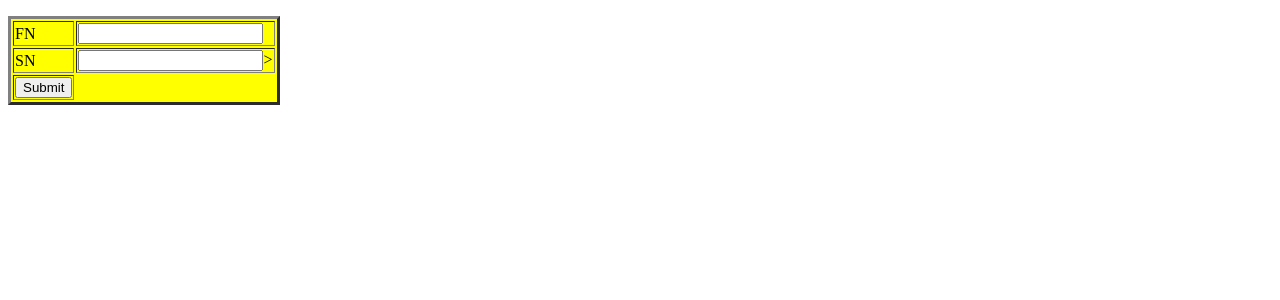
Repository: nadeem-fullstack-developer/jsp
Page: http://localhost/BRESTWebCL/home.jsp
These files come from the project's save history. The page is drawn as it stood at one moment and after the next save; the edit follows.
The browser window is 1280 px wide. The pictures show the whole page.
The page is served by Tomcat 9. Other server files are loaded and not shown.

Above is the page before, as saved 2024-06-16 05:30:52.

### BRESTWebCL/src/main/webapp/home.jsp
<%@ page language="java" contentType="text/html; charset=ISO-8859-1"
	pageEncoding="ISO-8859-1"%>
<!DOCTYPE html>
<html>
<head>
<meta charset="ISO-8859-1">
<title>Insert title here</title>
</head>


<script type="text/javascript">
	function getFNum() {
		var fn = document.getElementById("firstNum").value;

		var h;
		if (window.XMLHttpRequest) {
			h = new XMLHttpRequest();
		} else {
			h = new ActiveXObject("Microsoft.XMLHTTP");
		}

		h.onreadystatechange = function() {
			if (h.readyState == 4 && h.status == 200) {
				document.getElementById("tt").innerHTML = h.responseText;
			}
		}
		h.open("GET", "ajax?fnn=" + fn, true);
		h.send();
	}

	function getSNum() {
		var sn = document.getElementById("secNum").value;

		var h;
		if (window.XMLHttpRequest) {
			h = new XMLHttpRequest();
		} else {
			h = new ActiveXObject("Microsoft.XMLHTTP");
		}

		h.onreadystatechange = function() {
			if (h.readyState == 4 && h.status == 200) {
				document.getElementById("tt").innerHTML = h.responseText;
			}
		}
		h.open("GET", "ajax?snn=" + sn, true);
		h.send();
	}
</script>




<body>

	<form action="add">
		<table border="3" bgcolor="yellow">
			<tr>
				<td>FN</td>
				<td><input type="text" name="fn" id="firstNum"
					onblur="getFNum() ;"></td>
			</tr>
			<tr>
				<td>SN</td>
				<td><input type="text" name="sn" id="secNum">></td>
			</tr>
			<tr>

				<td><input type="submit" name="SUM"></td>
			</tr>
			<p id="tt"></p>
		</table>
	</form>
</body>
</html>

After the next save:
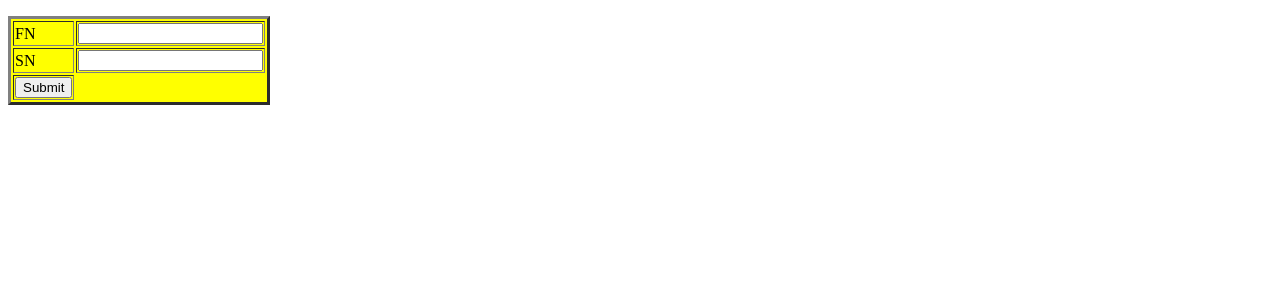
Saved 83 s later.
--- a/BRESTWebCL/src/main/webapp/home.jsp
+++ b/BRESTWebCL/src/main/webapp/home.jsp
@@ -58,11 +58,12 @@
 			<tr>
 				<td>FN</td>
 				<td><input type="text" name="fn" id="firstNum"
-					onblur="getFNum() ;"></td>
+					onblur=" getFNum() ;"></td>
 			</tr>
 			<tr>
 				<td>SN</td>
-				<td><input type="text" name="sn" id="secNum">></td>
+				<td><input type="text" name="sn" id="secNum"
+					onblur="getSNum();"></td>
 			</tr>
 			<tr>
 
